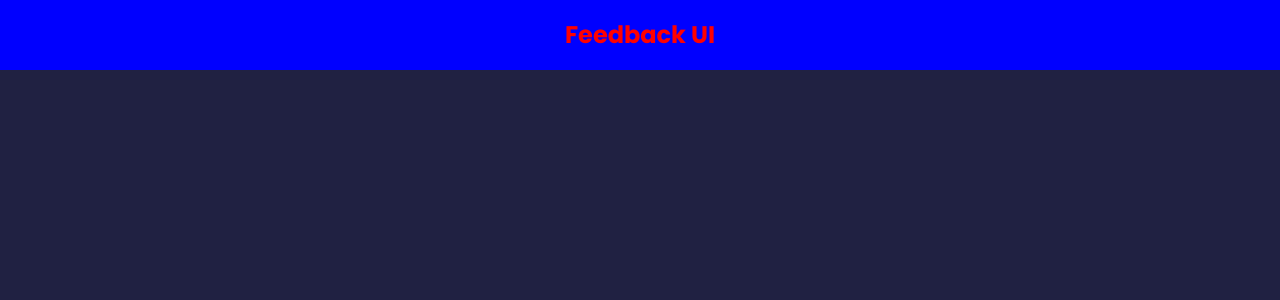
Repository: Lithium87/feedback-app
Page: / (app in client/)
The author's editor kept a copy of each file at every save. The page is drawn from the files as they stood at one save, then again after the next save.
The browser window is 1280 px wide. The pictures show the whole page.
The project was rebuilt for these pictures with package versions that can differ from the ones it lists, and the page was loaded fresh each time.

Above is the page before, as saved 2022-05-25 18:45:27.

After the next save:
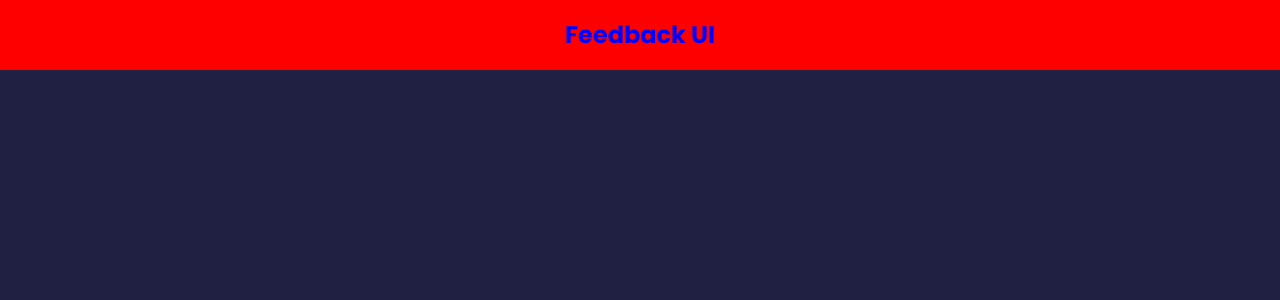
Saved 89 s later.
--- a/client/src/components/Header.js
+++ b/client/src/components/Header.js
@@ -1,10 +1,10 @@
 import React from 'react';
 import PropTypes from 'prop-types';
 
-const Header = ({text}) => {
+const Header = ({text, bgColor, textColor}) => {
   const headerStyles = {
-    backgroundColor: 'blue',
-    color: 'red',
+    backgroundColor: bgColor,
+    color: textColor,
   };
 
   return (

After the save that followed:
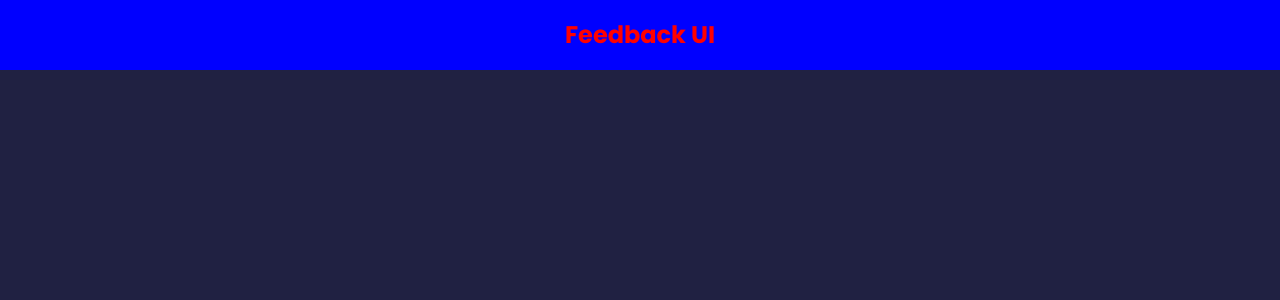
Saved 36 s later.
--- a/client/src/App.js
+++ b/client/src/App.js
@@ -4,7 +4,7 @@ import Header from './components/Header';
 const App = () => {
   return (
     <React.Fragment>
-      <Header bgColor="red" textColor="blue" />
+      <Header bgColor="blue" textColor="red" />
     </React.Fragment>
   );
 };
